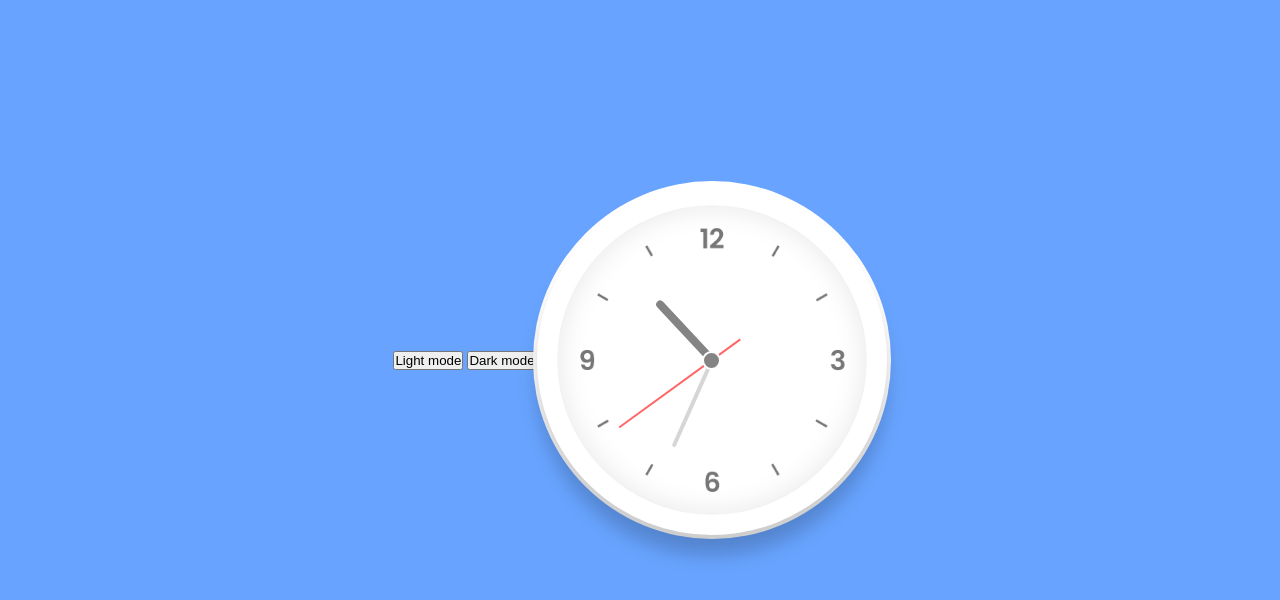
Repository: DaNiels89/analog-clock
Page: index.html
An editor plug-in stored every save of this project. The page is shown before and after the next save, followed by the edit.
The browser window is 1280 px wide. The pictures show the whole page.

Above is the page before, as saved 2020-06-20 12:12:13.

### index.html
<!DOCTYPE html>
<html lang="en">

<head>
    <meta charset="UTF-8">
    <meta name="viewport" content="width=device-width, initial-scale=1.0">
    <title>Analog Clock</title>
    <link rel="stylesheet" href="css/lightmode.css">
    <!-- <link rel="stylesheet" href="css/darkmode.css"> -->
</head>

<body>
    <div class="toggle-mode">
        <button class="light-mode">Light mode</button>
        <button class="dark-mode">Dark mode</button>
    </div>
    <div class="clock">
        <div class="hour">
            <div class="hr" id="hr"></div>
        </div>
        <div class="min">
            <div class="mn" id="mn"></div>
        </div>
        <div class="sec">
            <div class="sc" id="sc"></div>
        </div>
    </div>

    <script src="js/main.js"></script>
</body>

</html>

### css/lightmode.css
* {
    margin: 0;
    padding: 0;
    box-sizing: border-box;
  }

  body {
    display: flex;
    justify-content: center;
    align-items: center;
    min-height: 100vh;
    background: #68a4ff
  }

  .clock {
    width: 350px;
    height: 350px;
    display: flex;
    justify-content: center;
    align-items: center;
    background: #fff url(../img/clock.png);
    background-size: cover;
    border-radius: 50%;
    border: 20px solid #fff;
    box-shadow: inset 0 0 30px rgba(0,0,0,.1),
                0 20px 20px rgba(0,0,0,.2),
                0 0 0 4px rgba(255,255,255,1);
  }

  .clock::before {
    content: "";
    position: absolute;
    width: 15px;
    height: 15px;
    background: #848484;
    border: 2px solid #fff;
    border-radius: 50%;
    z-index: 10000;
  }

  .clock .hour,
  .clock .min,
  .clock .sec {
    position: absolute;
  }

  .clock .hour, .hr {
    width: 160px;
    height: 160px;
  }

  .clock .min, .mn {
    width: 190px;
    height: 190px;
  }

  .clock .sec, .sc {
    width: 230px;
    height: 230px;
  }

  .hr, .mn, .sc {
    display: flex;
    justify-content: center;
    position: absolute;
    border-radius: 50%;;
  }

  .hr::before {
    content: "";
    position: absolute;
    width: 8px;
    height: 80px;
    background: #848484;
    z-index: 10;
    border-radius: 6px 6px 0 0;
  }

  .mn::before {
    content: "";
    position: absolute;
    width: 4px;
    height: 90px;
    background: #d6d6d6;
    z-index: 11;
    border-radius: 6px 6px 0 0;
  }

  .sc::before {
    content: "";
    position: absolute;
    width: 2px;
    height: 150px;
    background: #ff6767;
    z-index: 12;
    border-radius: 6px 6px 0 0;
  }

### js/main.js
const deg = 6
const hr = document.querySelector("#hr")
const mn = document.querySelector("#mn")
const sc = document.querySelector("#sc")

setInterval(() => {
    let day = new Date()
    let hh = day.getHours() * 30
    let mm = day.getMinutes() * deg
    let ss = day.getSeconds() * deg

    hr.style.transform = `rotateZ(${(hh) + (mm / 12)}deg)`
    mn.style.transform = `rotateZ(${(mm)}deg)`
    sc.style.transform = `rotateZ(${(ss)}deg)`
})

After the next save:
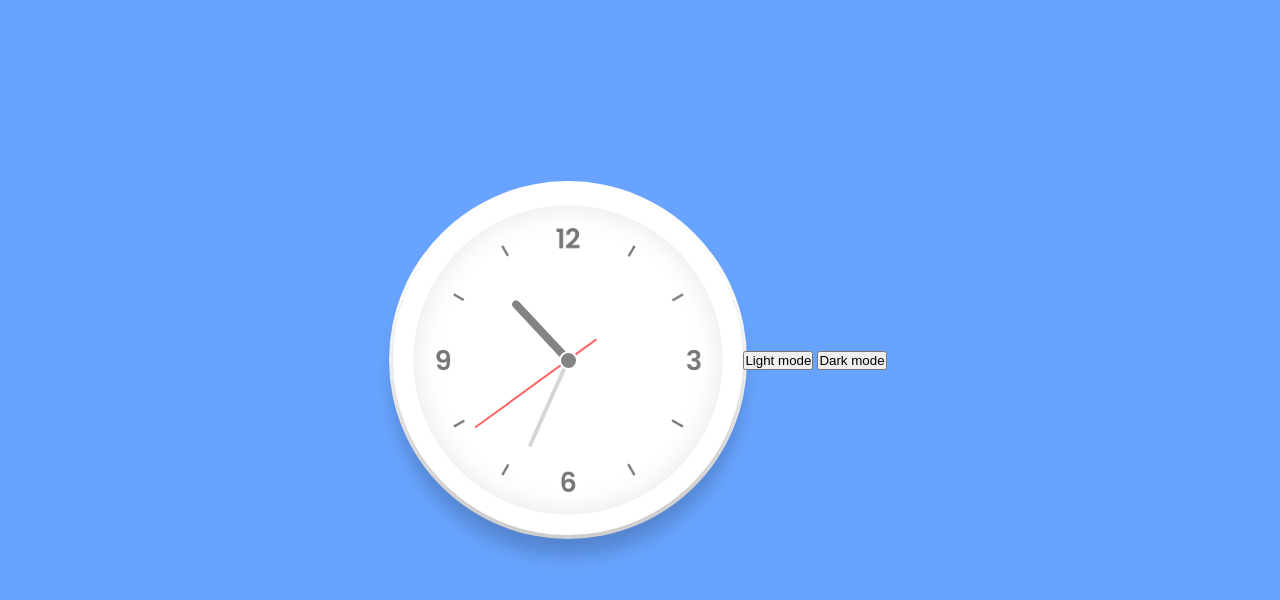
Saved 31 s later.
--- a/index.html
+++ b/index.html
@@ -10,10 +10,7 @@
 </head>
 
 <body>
-    <div class="toggle-mode">
-        <button class="light-mode">Light mode</button>
-        <button class="dark-mode">Dark mode</button>
-    </div>
+
     <div class="clock">
         <div class="hour">
             <div class="hr" id="hr"></div>
@@ -26,6 +23,11 @@
         </div>
     </div>
 
+    <div class="toggle-mode">
+        <button class="light-mode">Light mode</button>
+        <button class="dark-mode">Dark mode</button>
+    </div>
+
     <script src="js/main.js"></script>
 </body>
 

After the save that followed:
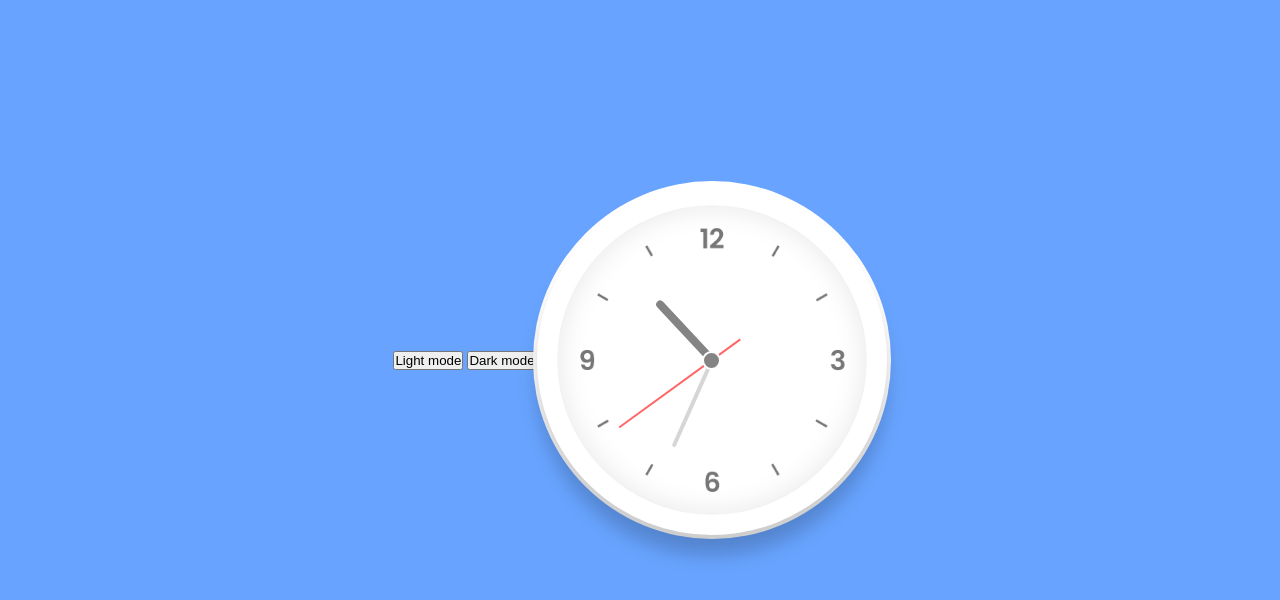
Saved 22 s later.
--- a/index.html
+++ b/index.html
@@ -10,7 +10,10 @@
 </head>
 
 <body>
-
+    <div class="toggle-mode">
+        <button class="light-mode">Light mode</button>
+        <button class="dark-mode">Dark mode</button>
+    </div>
     <div class="clock">
         <div class="hour">
             <div class="hr" id="hr"></div>
@@ -23,10 +26,7 @@
         </div>
     </div>
 
-    <div class="toggle-mode">
-        <button class="light-mode">Light mode</button>
-        <button class="dark-mode">Dark mode</button>
-    </div>
+
 
     <script src="js/main.js"></script>
 </body>
